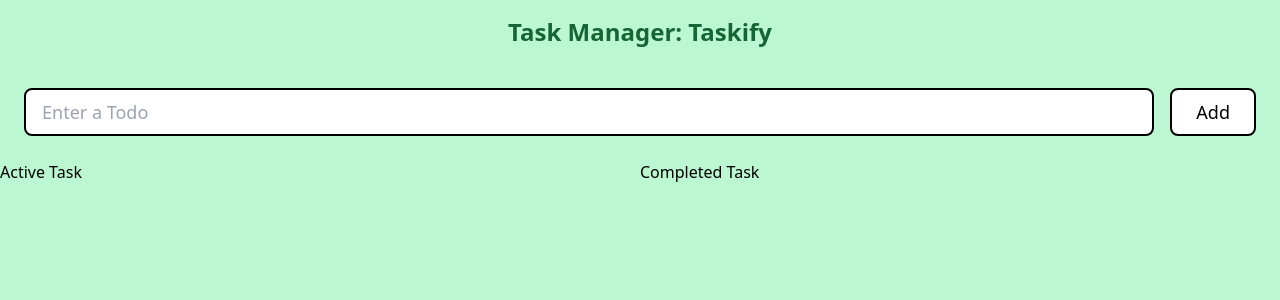
Repository: Dineshbhandari2023/Todo
Page: /
An editor plug-in stored every save of this project. The page is shown before and after the next save, followed by the edit.
The browser window is 1280 px wide. The pictures show the whole page.
Some web fonts or font styles are not loaded; a fallback is used. The project was rebuilt for these pictures with package versions that can differ from the ones it lists, and the page was loaded fresh each time. Also part of the build but not shown: src/Components/SingleTodo.tsx.

Above is the page before, as saved 2025-06-19 21:59:43.

### src/App.tsx
import React, { useState } from "react";
import "./App.css";
import InputFields from "./Components/InputFields";
import { Todo } from "./model";
import TodoList from "./Components/TodoList";

// //Learning Types
// let name: string;
// let age: number;
// let hobbies: string[];
// let role: [number, number, string];

// // Objects Can be defined using: types or interface
// type Animal = {
//   name: string;
//   age: number;
//   color?: string;
// };

// let myAnimal: Animal = {
//   name: "Dog",
//   age: 3,
//   color: "Brown",
// };

// let Animals: Animal[];

// //defining function in ts
// function printAnything(Animal: string) {
//   console.log(Animal);
// }

// printAnything("DOG");

const App: React.FC = () => {
  const [todo, setTodo] = useState<string>("");
  const [todos, setTodos] = useState<Todo[]>([]);

  const handleAdd = (e: React.FormEvent) => {
    e.preventDefault();
    if (todo) {
      setTodos([...todos, { id: Date.now(), todo: todo, isDone: false }]);
      setTodo("");
    }
  };
  console.log(todos);

  return (
    <div className="bg-green-200 h-screen">
      <h1 className="font-extrabold text-center text-green-800 text-2xl p-4">
        Task Manager: Taskify
      </h1>
      <InputFields todo={todo} setTodo={setTodo} handleAdd={handleAdd} />
      <TodoList todos={todos} setTodos={setTodos} />
    </div>
  );
};

export default App;

### src/App.css
@import url("https://fonts.googleapis.com/css2?family=Montserrat:ital@0;1&family=Savate:ital,wght@0,200..900;1,200..900&display=swap");

.App {
  text-align: center;
  font-family: "Montserrat", sans-serif;
}

### src/Components/InputFields.tsx
import React, { useRef } from "react";

interface Props {
  todo: string;
  setTodo: React.Dispatch<React.SetStateAction<string>>;
  handleAdd: (e: React.FormEvent) => void;
}

const InputFields = ({ todo, setTodo, handleAdd }: Props) => {
  const inputRef = useRef<HTMLInputElement>(null);
  return (
    <form
      className="flex gap-4 m-6"
      onSubmit={(e) => {
        handleAdd(e);
        inputRef.current?.blur();
      }}
    >
      <input
        ref={inputRef}
        type="text"
        value={todo}
        onChange={(e) => setTodo(e.target.value)}
        placeholder="Enter a Todo"
        className="flex-1 px-4 py-2 border-2 border-black rounded-lg text-lg focus:outline-none focus:ring-2 focus:ring-blue-500"
      />
      <button
        className="px-6 py-2 bg-white border-2 border-black rounded-lg text-lg font-medium hover:bg-blue-600 focus:outline-none focus:ring-2 focus:ring-blue-500"
        type="submit"
      >
        Add
      </button>
    </form>
  );
};

export default InputFields;

### src/Components/TodoList.tsx
import React from "react";
import { Todo } from "../model";
import SingleTodo from "./SingleTodo";

interface Props {
  todos: Todo[];
  setTodos: React.Dispatch<React.SetStateAction<Todo[]>>;
}

const TodoList = ({ todos, setTodos }: Props) => {
  return (
    <div className="flex justify-between">
      <div className="w-2/4">
        <h1>Active Task</h1>
        <div>
          {todos.map((todo) => (
            <SingleTodo
              todo={todo}
              key={todo.id}
              todos={todos}
              setTodos={setTodos}
            />
          ))}
        </div>
      </div>
      <div className="w-2/4">
        <h1>Completed Task</h1>
        <div>
          {todos.map((todo) => (
            <SingleTodo
              todo={todo}
              key={todo.id}
              todos={todos}
              setTodos={setTodos}
            />
          ))}
        </div>
      </div>
    </div>
  );
};

export default TodoList;

Loaded but not shown: public/index.html (common file); src/index.tsx (common file); src/index.css (common file); tailwind.config.js (common file)

After the next save:
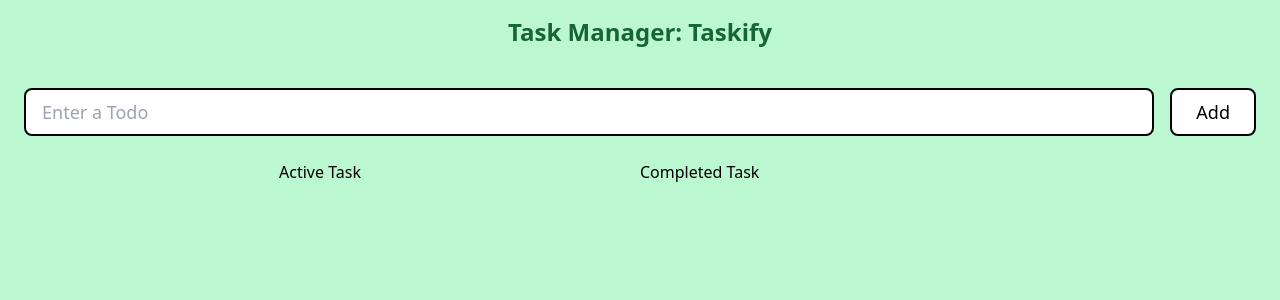
Saved 14 s later.
--- a/src/Components/TodoList.tsx
+++ b/src/Components/TodoList.tsx
@@ -11,7 +11,7 @@ const TodoList = ({ todos, setTodos }: Props) => {
   return (
     <div className="flex justify-between">
       <div className="w-2/4">
-        <h1>Active Task</h1>
+        <h1 className="text-center">Active Task</h1>
         <div>
           {todos.map((todo) => (
             <SingleTodo
